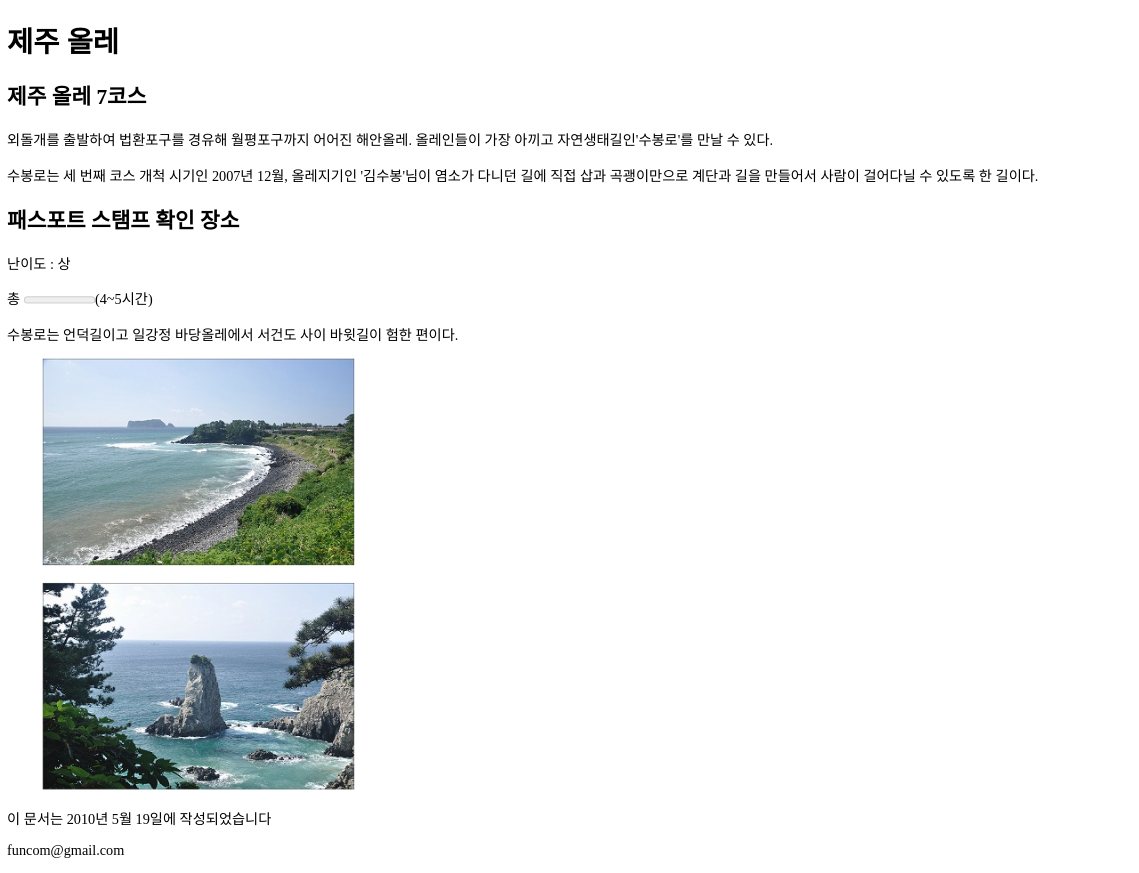
Repository: WonSeungUn/VSCODE
Page: web_work/Html/WebContent/sample2.html
An editor plug-in stored every save of this project. The page is shown before and after the next save, followed by the edit.
The browser window is 1280 px wide. The pictures show the whole page, at 89% of full size.

Above is the page before, as saved 2024-07-08 07:34:55.

After the next save:
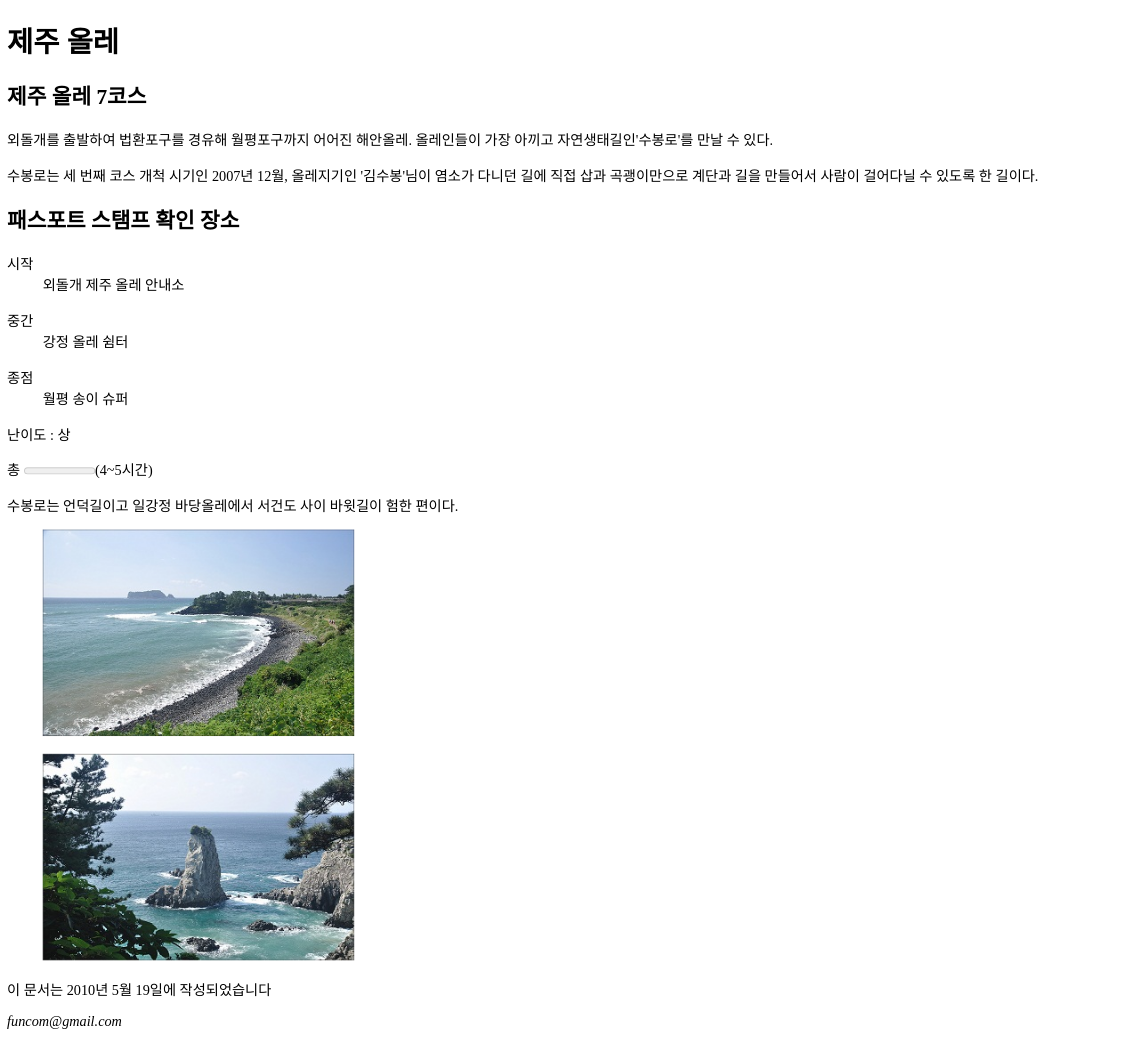
Saved 107 s later.
--- a/web_work/Html/WebContent/sample2.html
+++ b/web_work/Html/WebContent/sample2.html
@@ -27,16 +27,16 @@
 	<header><h2>패스포트 스탬프 확인 장소</h2></header>
   		<div>
   			<dl>
-  				<dt></dt>
-  				<dd></dd>
+  				<dt>시작</dt>
+  				<dd>외돌개 제주 올레 안내소</dd>
   			</dl>
   			<dl>
-  				<dt></dt>
-  				<dd></dd>
+  				<dt>중간</dt>
+  				<dd>강정 올레 쉼터</dd>
   			</dl>
   			<dl>
-  				<dt></dt>
-  				<dd></dd>
+  				<dt>종점</dt>
+  				<dd>월평 송이 슈퍼</dd>
   			</dl>
   		</div>
 
@@ -62,7 +62,7 @@
 
 	<footer>
 		<p>이 문서는 <time datetime="2010-05-19">2010년 5월 19일</time>에 작성되었습니다</p>
-		<p>funcom@gmail.com</p>
+		<address>funcom@gmail.com</address>
 	</footer>
 </body>
 </html>
